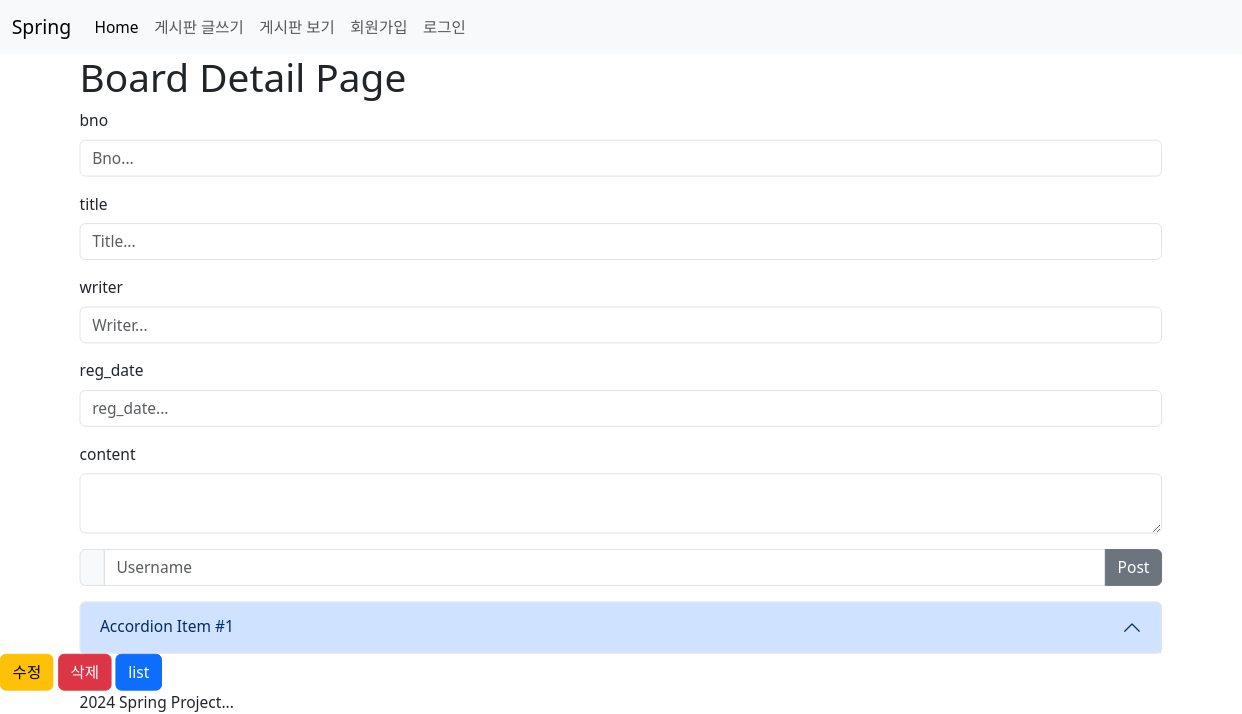
Repository: lhj6399/springTest240430
Page: http://localhost/spring_study/WEB-INF/views/board/detail.jsp
An editor plug-in stored every save of this project. The page is shown before and after the next save, followed by the edit.
The browser window is 1280 px wide. The pictures show the whole page, at 97% of full size.
The page is served by Tomcat 9. Nobody is signed in. The template is opened directly, without the code that normally fills it, so the values that code supplies are empty.

Above is the page before, as saved 2024-04-26 02:46:49.

After the next save:
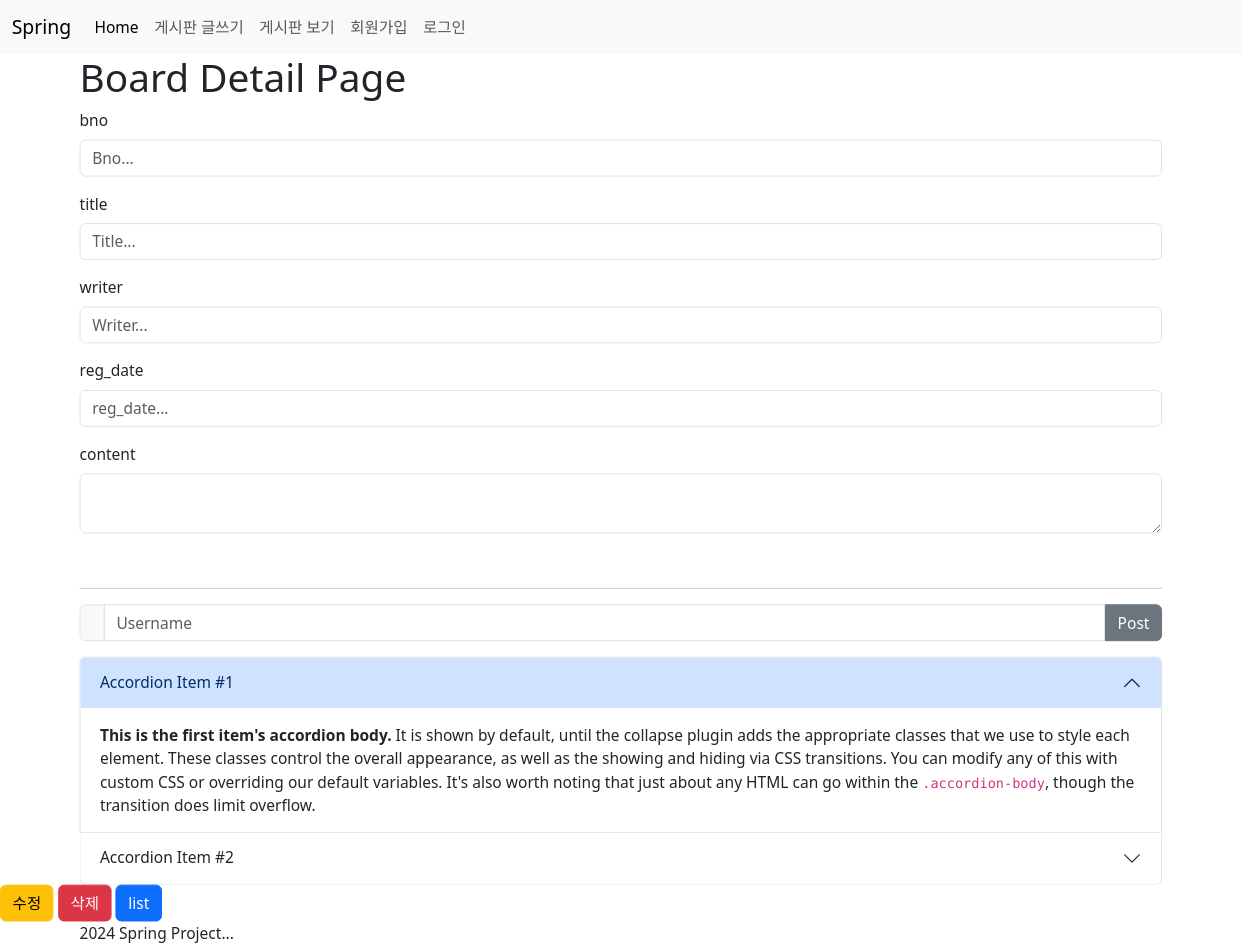
Saved 37 s later.
--- a/spring_study/src/main/webapp/WEB-INF/views/board/detail.jsp
+++ b/spring_study/src/main/webapp/WEB-INF/views/board/detail.jsp
@@ -26,6 +26,8 @@
 
 	<!-- Comment lint -->
 	<!-- 댓글 등록 라인 -->
+	<br>
+	<hr>
 	<div class="input-group mb-3">
   <span class="input-group-text" id="basic-addon1">${ses.id }</span>
   <input type="text" class="form-control" placeholder="Username" placeholder="Add Comment..." aria-label="Username" aria-describedby="basic-addon1">
@@ -37,6 +39,18 @@
     <h2 class="accordion-header">
       <button class="accordion-button" type="button" data-bs-toggle="collapse" data-bs-target="#collapseOne" aria-expanded="true" aria-controls="collapseOne">
         Accordion Item #1
+      </button>
+    </h2>
+    <div id="collapseOne" class="accordion-collapse collapse show" data-bs-parent="#accordionExample">
+      <div class="accordion-body">
+        <strong>This is the first item's accordion body.</strong> It is shown by default, until the collapse plugin adds the appropriate classes that we use to style each element. These classes control the overall appearance, as well as the showing and hiding via CSS transitions. You can modify any of this with custom CSS or overriding our default variables. It's also worth noting that just about any HTML can go within the <code>.accordion-body</code>, though the transition does limit overflow.
+      </div>
+    </div>
+  </div>
+  <div class="accordion-item">
+    <h2 class="accordion-header">
+      <button class="accordion-button collapsed" type="button" data-bs-toggle="collapse" data-bs-target="#collapseTwo" aria-expanded="false" aria-controls="collapseTwo">
+        Accordion Item #2
       </button>
     </div>
   </div>
